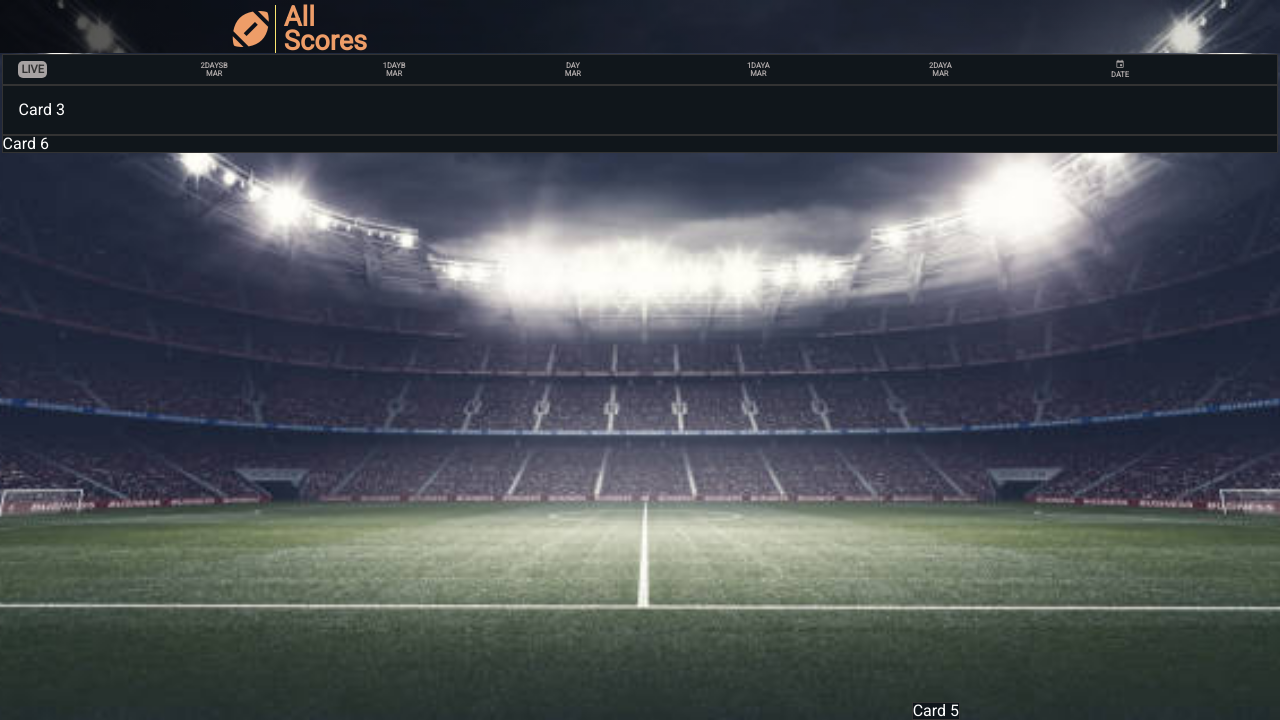
Repository: boomshakar/AllScores
Page: index.html
An editor plug-in stored every save of this project. The page is shown before and after the next save, followed by the edit.
The browser window is 1280 px wide. The pictures show the whole page.
The style sheet was rebuilt from its Sass, Less or Tailwind sources for each picture, by a compiler version that may differ from the author's.

Above is the page before, as saved 2021-03-30 13:18:02.

After the next save:
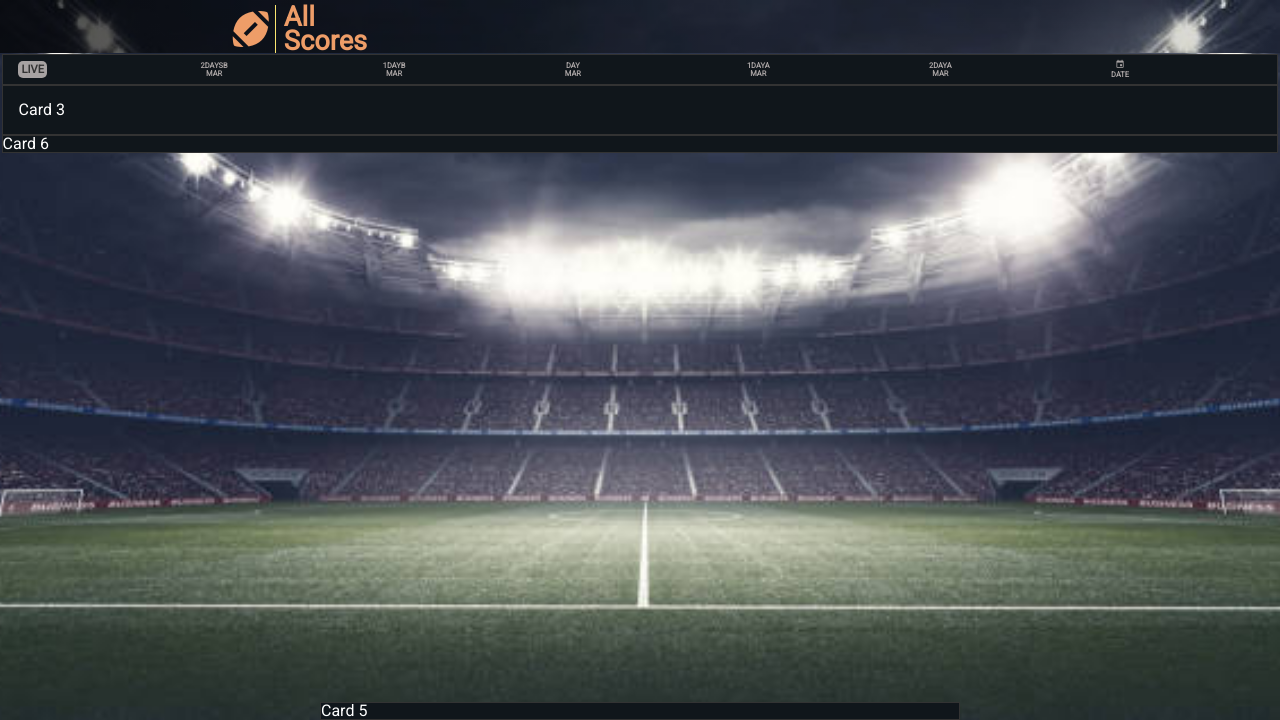
Saved 12 s later.
--- a/scss/_home.scss
+++ b/scss/_home.scss
@@ -73,6 +73,7 @@
       position: fixed;
       bottom: 0;
       right: 25%;
+      left: 25%;
     }
 
     &:nth-child(6) {
